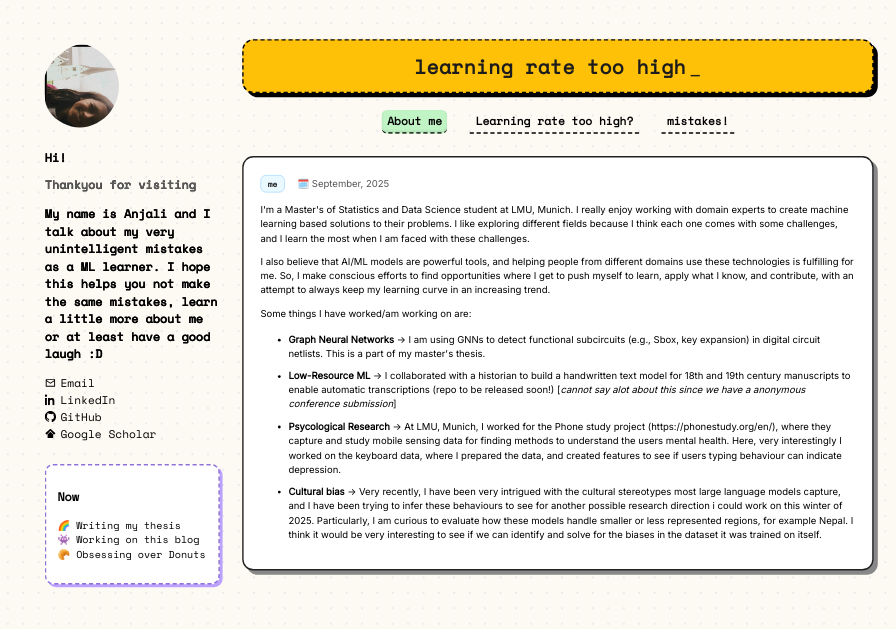
Repository: anjalisarawgi/learning_rate_too_high
Page: index.html
These files come from the project's save history. The page is drawn as it stood at one moment and after the next save; the edit follows.
The browser window is 1280 px wide. The pictures show the part of the page from y = 0 to 1920 px (the page is 899 px tall before and 2677 px after), at 70% of full size.

Above is the page before, as saved 2025-11-03 10:05:28.

After the next save:
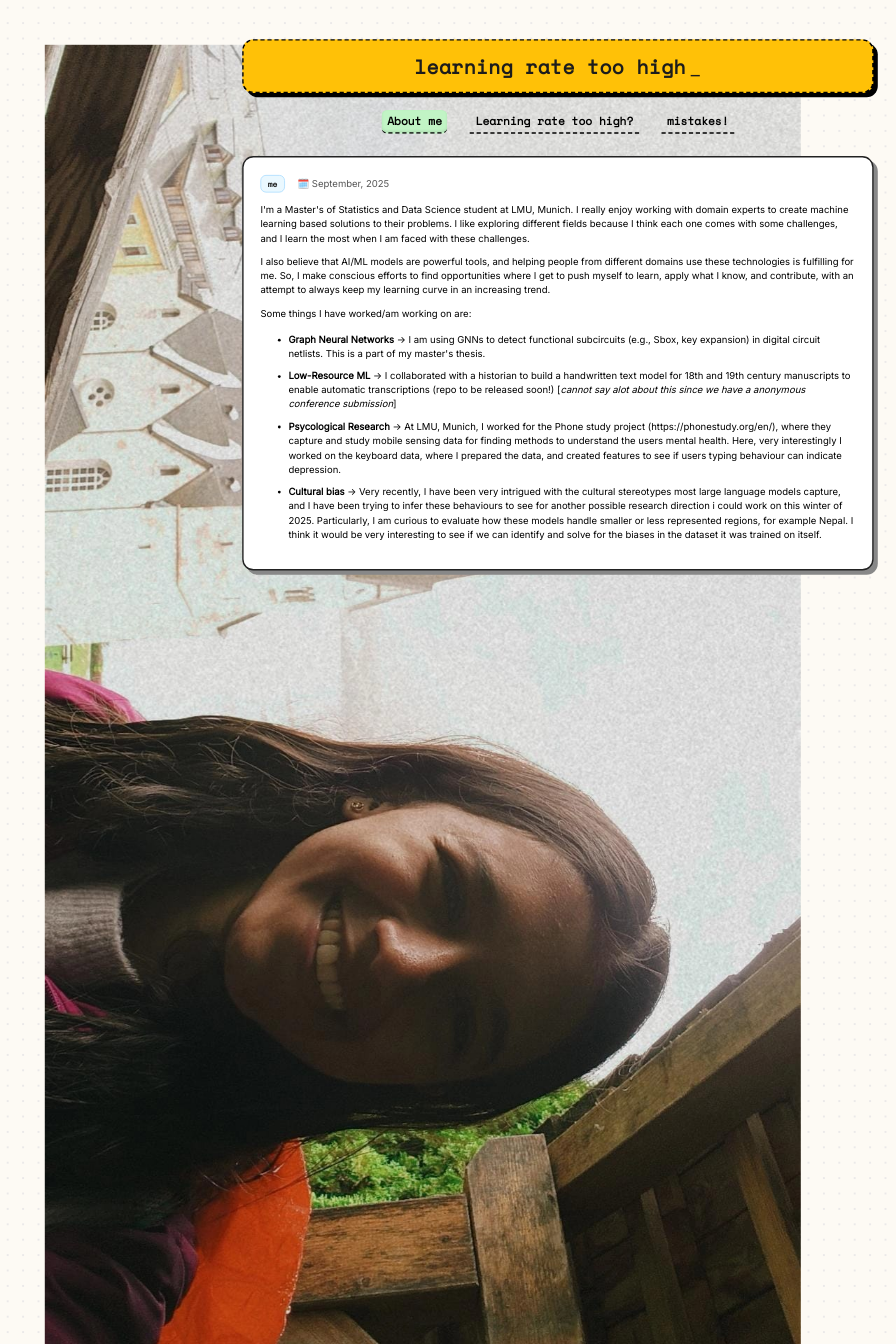
Saved 63 s later.
--- a/index.html
+++ b/index.html
@@ -151,15 +151,19 @@
       /* color: #111; */
       text-shadow: 0.1px 0.1px #111
     }
-    .cute-photo {
-  width: 120px;
-  height: 120px;
+    ..cute-photo {
+  display: block;
+  margin: 0 auto 1rem auto;  /* centers the image */
+  width: 130px;
+  height: 130px;
+  border-radius: 50%;         /* perfect circle */
   object-fit: cover;
-  margin-bottom: 1rem;
   border: 3px solid #000;
-  box-shadow: 4px 4px 0 #bca2ff;
-  /* soft symmetrical blob */
-  clip-path: path("M60,0 C76,6 86,14 96,28 C106,42 108,58 104,74 C100,90 90,104 74,112 C58,120 42,120 26,112 C10,104 0,90 0,74 C-4,58 -2,42 8,28 C18,14 44,-6 60,0 Z");
+  box-shadow:
+    0 0 0 6px #FFD966,        /* bright yellow aura */
+    0 0 15px 4px #FFEB99,     /* soft glowing outer ring */
+    4px 4px 0 #bca2ff;        /* your existing purple shadow */
+  background: radial-gradient(circle at center, #FFF6C0 20%, #FFD966 100%);
 }
     /* Make text inside .card paragraphs and lists use Inter instead of Space Mono */
 /* Card body text with smaller, cleaner font */

After the save that followed:
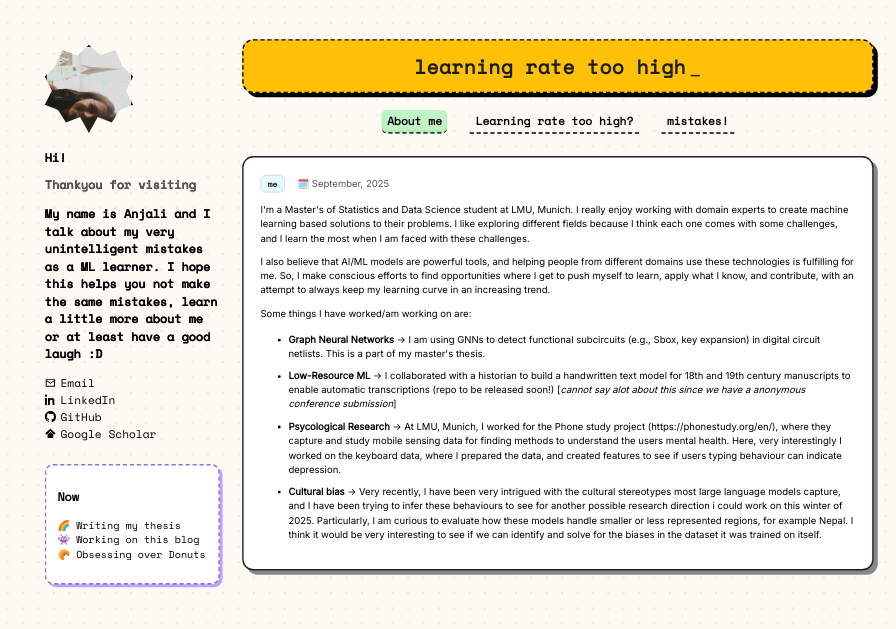
Saved 20 s later.
--- a/index.html
+++ b/index.html
@@ -151,20 +151,23 @@
       /* color: #111; */
       text-shadow: 0.1px 0.1px #111
     }
-    ..cute-photo {
-  display: block;
-  margin: 0 auto 1rem auto;  /* centers the image */
-  width: 130px;
-  height: 130px;
-  border-radius: 50%;         /* perfect circle */
-  object-fit: cover;
-  border: 3px solid #000;
-  box-shadow:
-    0 0 0 6px #FFD966,        /* bright yellow aura */
-    0 0 15px 4px #FFEB99,     /* soft glowing outer ring */
-    4px 4px 0 #bca2ff;        /* your existing purple shadow */
-  background: radial-gradient(circle at center, #FFF6C0 20%, #FFD966 100%);
-}
+    .cute-photo {
+      width: 120px;
+      height: 120px;
+      object-fit: cover;
+      margin-bottom: 1rem;
+      border: 3px solid #000;
+      box-shadow: 4px 4px 0 #bca2ff;
+      /* scalloped / starburst look */
+      clip-path: polygon(
+        50% 0%, 63% 12%, 80% 6%, 88% 24%, 100% 36%, 92% 52%,
+        100% 68%, 85% 74%, 76% 88%, 60% 82%, 50% 100%, 40% 82%,
+        24% 88%, 15% 74%, 0% 68%, 8% 52%, 0% 36%, 12% 24%,
+        20% 6%, 37% 12%
+      );
+      border-radius: 0; keep polygon edges visible
+      transform: rotate(-90deg);
+    }
     /* Make text inside .card paragraphs and lists use Inter instead of Space Mono */
 /* Card body text with smaller, cleaner font */
 .card p,
